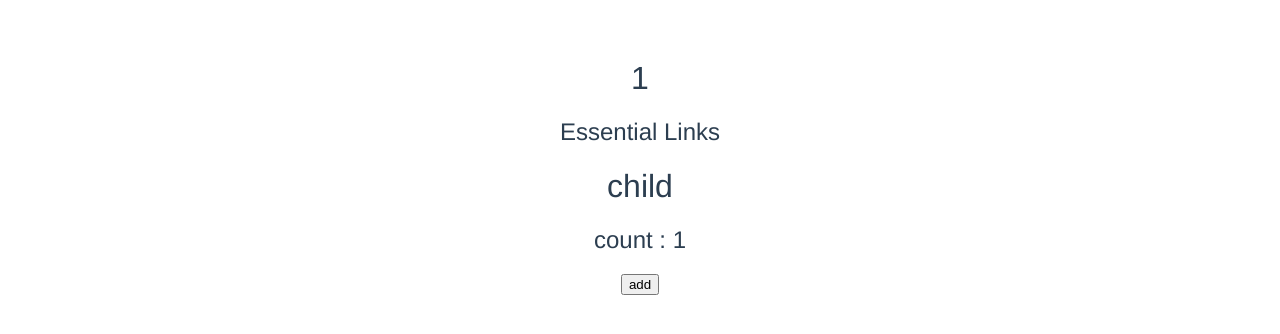
Repository: NotTooTwo/vueRouter
Page: /
The author's editor kept a copy of each file at every save. The page is drawn from the files as they stood at one save, then again after the next save.
The browser window is 1280 px wide. The pictures show the whole page.
The project was rebuilt for these pictures with package versions that can differ from the ones it lists, and the page was loaded fresh each time.

Above is the page before, as saved 2018-03-13 09:28:08.

### src/components/HelloWorld.vue
<template>
  <div class="hello">
    <h1>{{ childNum }}</h1>
    <h2>Essential Links</h2>
    <!-- 子组件给父组件传参：子组件内(add()函数)$emit触发父组件的预定义的触发函数 -->
    <Child :countNum=1 v-on:childCount="countChildNum"></Child>
  </div>
</template>

<script>
import Child from './child'
export default {
  name: 'HelloWorld',
  data () {
    return {
      msg: 'Welcome to Your Vue.js App',
      childNum:1
    }
  },
methods:{
  countChildNum(num){
      this.childNum = num;
  }
},
components:{
    Child
  }
}
</script>

<!-- Add "scoped" attribute to limit CSS to this component only -->
<style scoped>
h1, h2 {
  font-weight: normal;
}
ul {
  list-style-type: none;
  padding: 0;
}
li {
  display: inline-block;
  margin: 0 10px;
}
a {
  color: #42b983;
}
</style>

### src/components/child.vue
<template>
  <div class="child">
    <h1>child</h1>
    <h2>count : {{count}}</h2>
    <button @click='add'>add</button>
  </div>
</template>

<script>
export default {
  name: 'child',
  data () {
    return {
      msg: 'Welcome to Your Vue.js App',
      count: 0,
    }
  },
  props:[
    'countNum'
  ],
  created(){
    this.count=this.countNum;
  },
  methods:{
    add(){
      ++this.count;
      this.$emit('childCount',this.count)
    }
  }
}
</script>

<!-- Add "scoped" attribute to limit CSS to this component only -->
<style scoped>
h1, h2 {
  font-weight: normal;
}
ul {
  list-style-type: none;
  padding: 0;
}
li {
  display: inline-block;
  margin: 0 10px;
}
a {
  color: #42b983;
}
</style>

Loaded but not shown: index.html (common file); src/main.js (common file); src/App.vue (common file); src/router/index.js (common file)

After the next save:
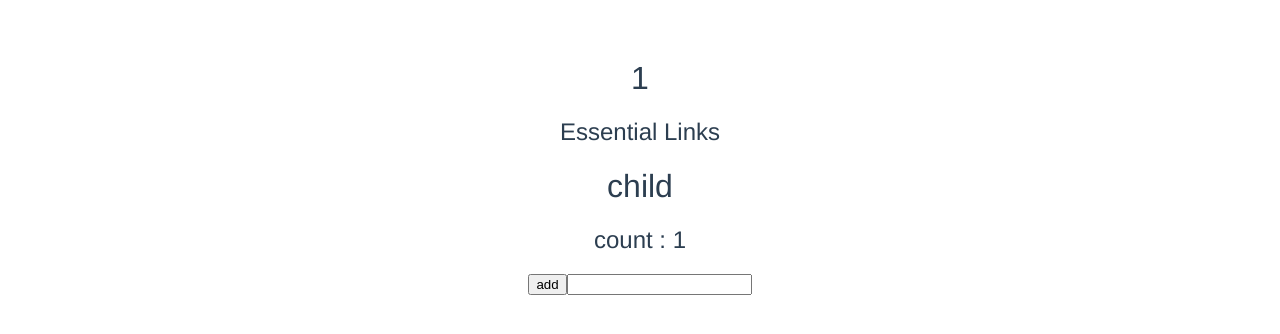
Saved 10 min 1 s later.
--- a/src/components/child.vue
+++ b/src/components/child.vue
@@ -3,6 +3,7 @@
     <h1>child</h1>
     <h2>count : {{count}}</h2>
     <button @click='add'>add</button>
+    <input type="text">
   </div>
 </template>
 
